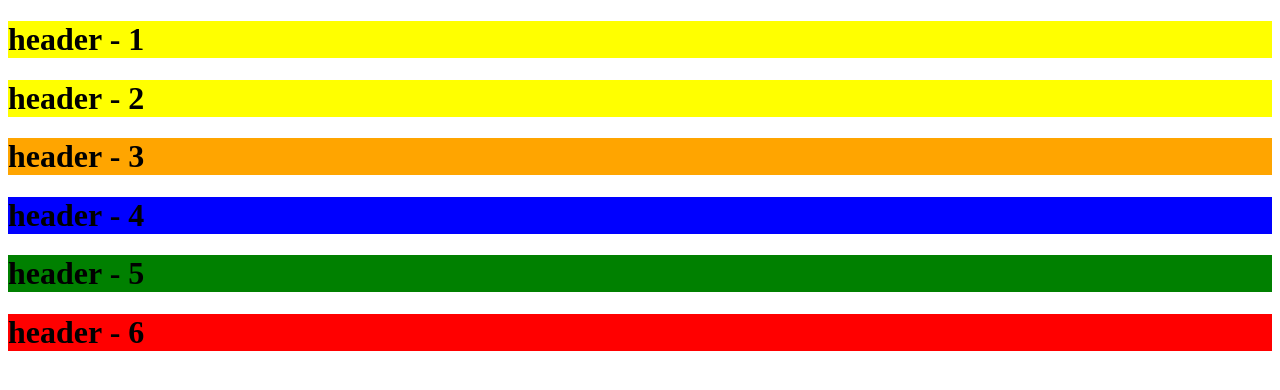
Repository: Junhee1412/front_end_practice
Page: jquery, bootstrap/js01_jquery/public/js08_addClass.html
These files come from the project's save history. The page is drawn as it stood at one moment and after the next save; the edit follows.
The browser window is 1280 px wide. The pictures show the whole page.

Above is the page before, as saved 2022-11-14 05:52:41.

After the next save:
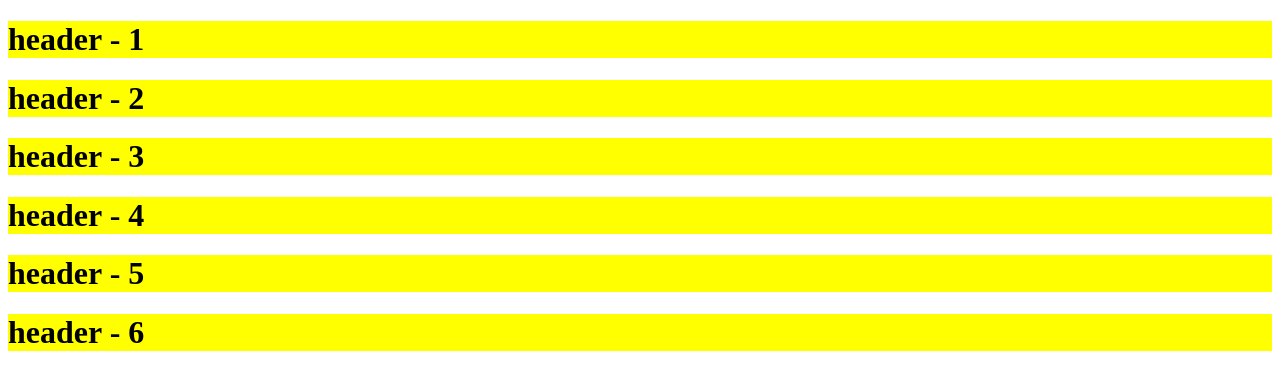
Saved 24 s later.
--- a/jquery, bootstrap/js01_jquery/public/js08_addClass.html
+++ b/jquery, bootstrap/js01_jquery/public/js08_addClass.html
@@ -25,10 +25,10 @@
 </head>
 <body>
 	<h1 class="high-light">header - 1</h1>
-	<h1 class="high-light-1">header - 2</h1>
-	<h1 class="high-light-2">header - 3</h1>
-	<h1 class="high-light-3">header - 4</h1>
-	<h1 class="high-light-4">header - 5</h1>
-	<h1 class="high-light-5">header - 6</h1>
+	<h1>header - 2</h1>
+	<h1>header - 3</h1>
+	<h1>header - 4</h1>
+	<h1>header - 5</h1>
+	<h1>header - 6</h1>
 </body>
 </html>
